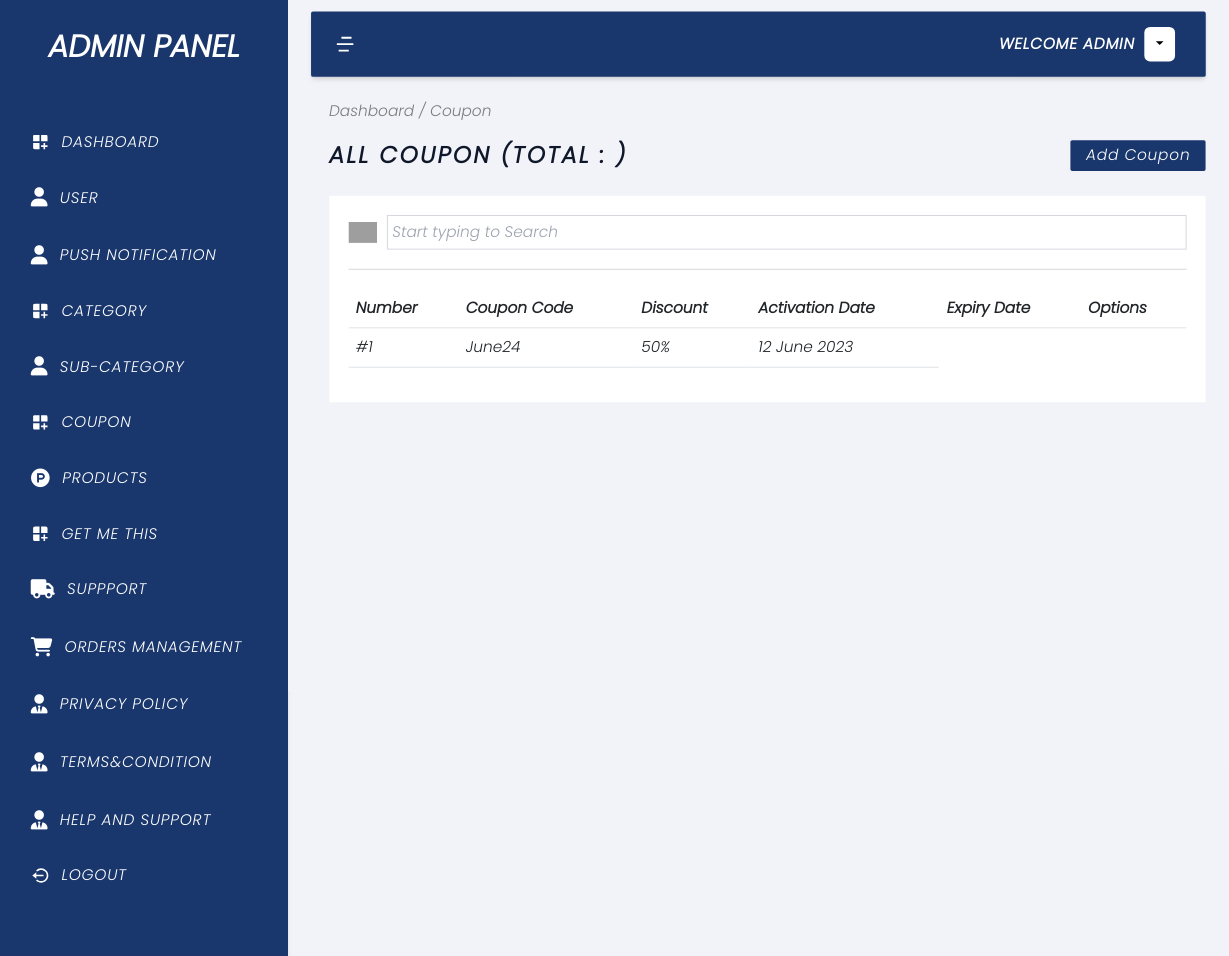
Repository: arpanmalik/project-khanna
Page: /coupon
An editor plug-in stored every save of this project. The page is shown before and after the next save, followed by the edit.
The browser window is 1280 px wide. The pictures show the whole page, at 96% of full size.
Pictures or frames that could not be fetched are drawn as grey boxes. Some web libraries are served in a nearby version. The project was rebuilt for these pictures with package versions that can differ from the ones it lists, and the page was loaded fresh each time. Also part of the build but not shown: src/E-CommerceAdmin/forms/Login.jsx, src/E-CommerceAdmin/pages/Dashboard.jsx, src/E-CommerceAdmin/pages/ECategory.js, src/E-CommerceAdmin/pages/EProduct.js, src/E-CommerceAdmin/pages/EVendorList.js, src/E-CommerceAdmin/pages/EAdminOrders.js, src/E-CommerceAdmin/pages/EAdminProduct.js, src/E-CommerceAdmin/pages/EAdminDelivery.js and 11 more. Imported but missing from the stored project, and not drawn on this page: src/E-CommerceAdmin/pages/Component/SpinnerComp, src/E-CommerceVendor/forms/EVendorLogin, src/E-CommerceVendor/pages/EVCategory, src/E-CommerceVendor/pages/EVCoupon, src/E-CommerceVendor/pages/EVDashboard, src/E-CommerceVendor/pages/EVOrders, src/E-CommerceVendor/pages/EVProduct, src/E-CommerceVendor/pages/EVSubCategory.

Above is the page before, as saved 2023-05-16 15:59:04.

After the next save:
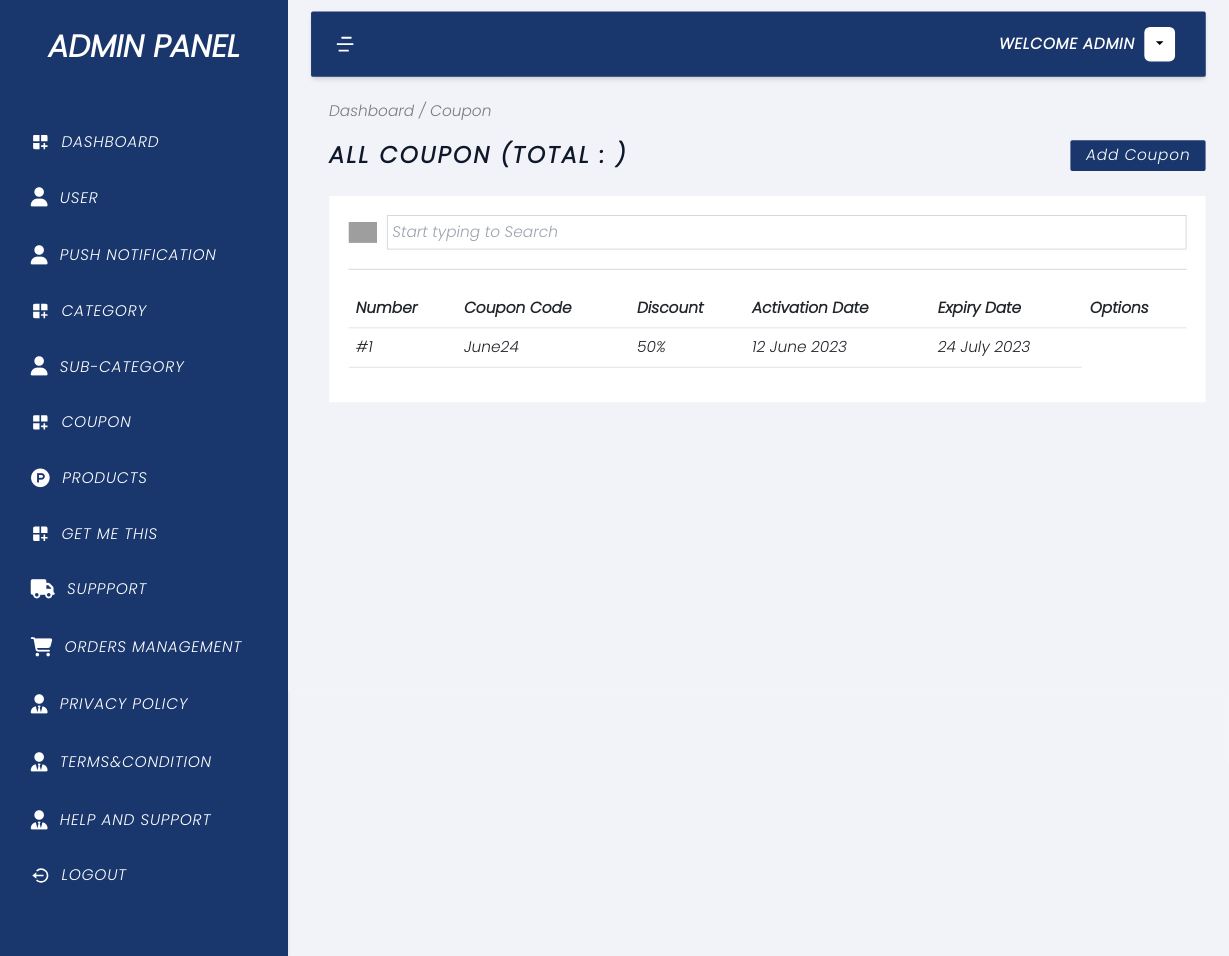
Saved 5 s later.
--- a/src/E-CommerceAdmin/pages/Coupon.js
+++ b/src/E-CommerceAdmin/pages/Coupon.js
@@ -152,6 +152,7 @@ const Coupon = () => {
                   <td> {i.code} </td>
                   <td> {i.discount} </td>
                   <td> {i.ADate} </td>
+                  <td> {i.EDate} </td>
                 </tr>
               ))}
             </tbody>
